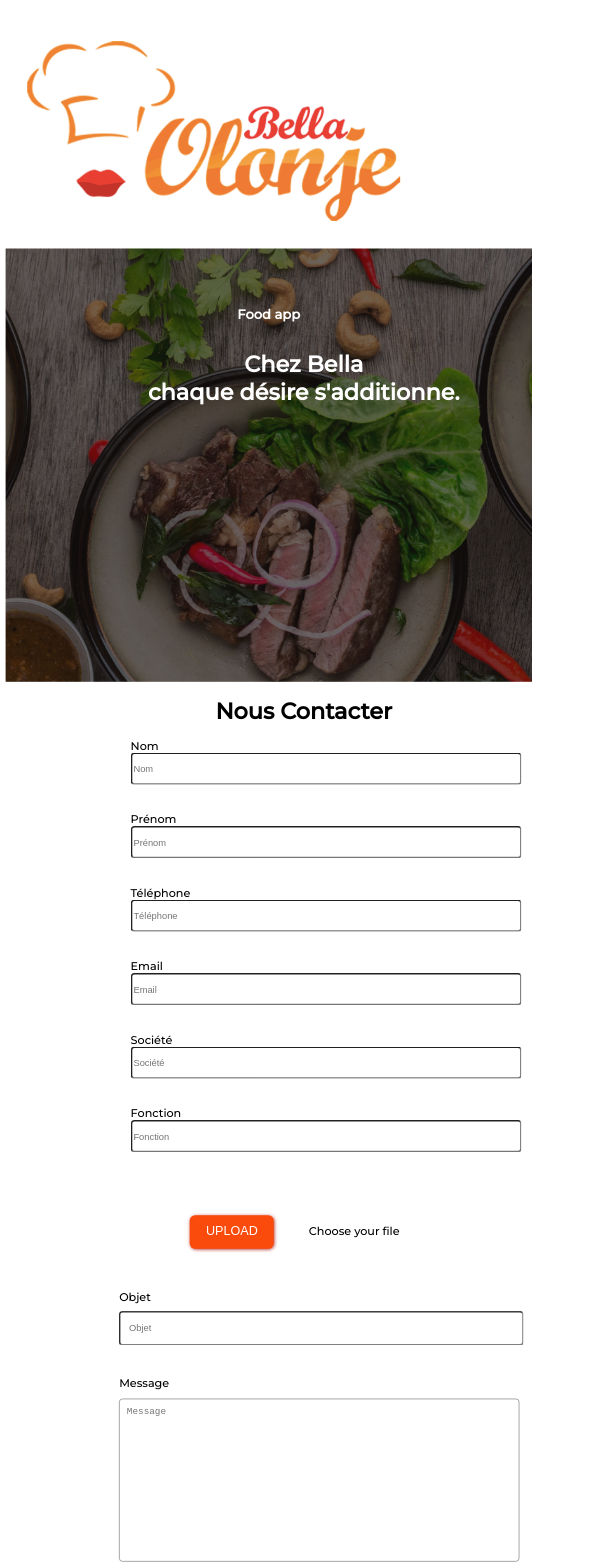
Repository: Ahlam-belhadj/bella-olange
Page: index3.html
These files come from the project's save history. The page is drawn as it stood at one moment and after the next save; the edit follows.
The browser window is 768 px wide. The page is 800 px wide, then 847 px, so the pictures cover 847 px, including what lies to the right of the window. The pictures show the part of the page from y = 0 to 2240 px (the page is 2758 px tall before and 3009 px after), at 70% of full size.

Above is the page before, as saved 2023-02-14 19:16:39.

After the next save:
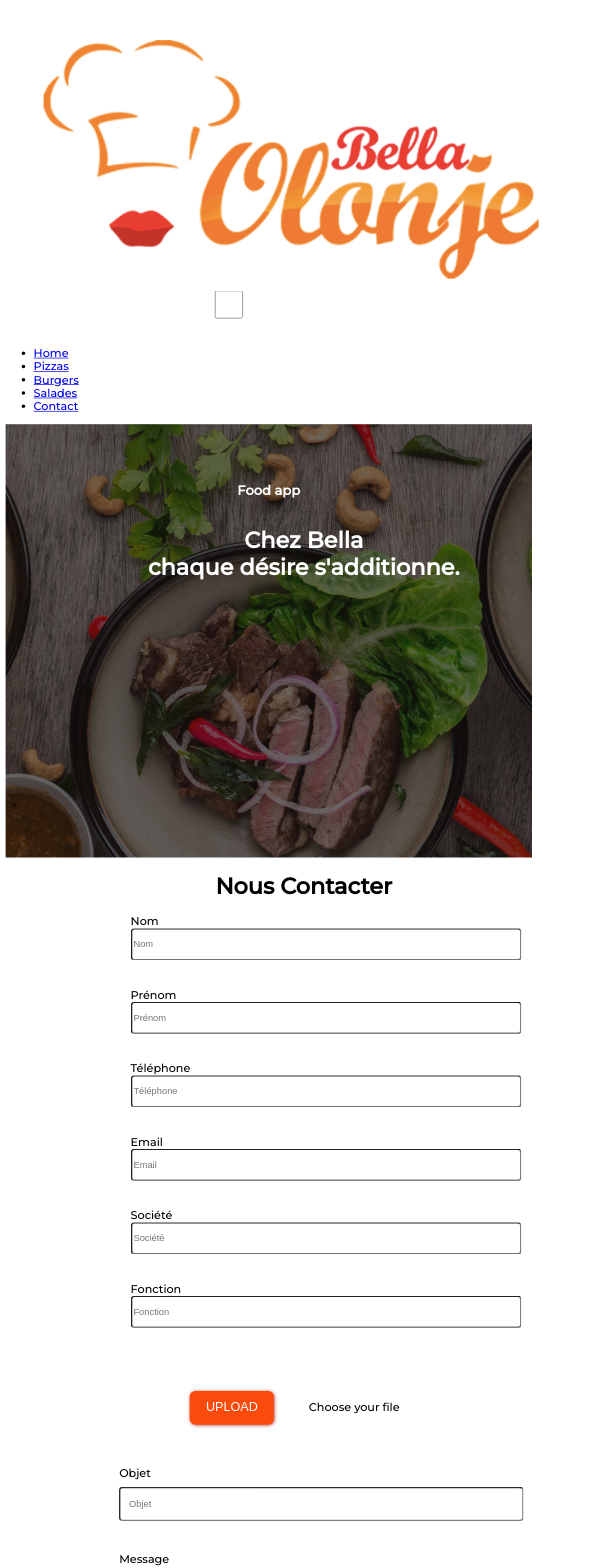
Saved 34 s later.
--- a/style3.css
+++ b/style3.css
@@ -7,129 +7,6 @@ main {
     overflow-x: hidden;
   }
 
-.logo img{
-    width: 80%;
-}
-  .nav-bar {
-      width: 100%;
-      display: flex;
-      justify-content: space-between;
-      align-items: center;
-      list-style: none;
-      position: relative;
-      background-color: #FFF;
-      padding: 12px 20px;
-  }
-
-  .menu {
-      display: flex;
-  }
-
-  .menu li {
-      padding-left: 30px;
-      padding-right: 55px;
-  }
-
-  .menu li a {
-      display: inline-block;
-      text-decoration: none;
-      color: #333;
-      text-align: center;
-      position: relative;
-  }
-
-  .menu li a:hover {
-      color: #FA4A0C;
-  }
-
-  .open-menu {
-      position: absolute;
-      color: #FA4A0C;
-      cursor: pointer;
-      font-size: 1.5rem;
-      display: none;
-  }
-
-  .close-menu {
-      position: absolute;
-      color: #333;
-      cursor: pointer;
-      font-size: 1.5rem;
-      display: none;
-      padding: 10px;
-  }
-
-  .open-menu {
-      top: 50%;
-      right: 20px;
-      transform: translateY(-50%);
-  }
-
-  .close-menu {
-      top: 20px;
-      right: 20px;
-  }
-
-  #check {
-      display: none;
-  }
-
-  @media(max-width: 920px) {
-      .menu {
-          flex-direction: column;
-          align-items: center;
-          width: 60%;
-          height: 100vh;
-          position: fixed;
-          top: 0;
-          right: -100%;
-          z-index: 100;
-          background-color: rgb(255, 88, 70);
-          transition: all 0.2s ease-in-out;
-          padding-top: 100px;
-      }
-
-      .menu li {
-          margin-top: 40px;
-      }
-
-      .menu li a {
-          padding: 10px;
-          color: #FFF;
-      }
-
-      .open-menu {
-          display: block;
-          padding-right: 25px;
-          padding-top: 13px;
-      }
-
-      .close-menu {
-          display: block;
-          color: #FFF;
-          padding-right: 25px;
-          padding-top: 22px;
-      }
-
-      #check:checked~.menu {
-          right: 0;
-      }
-
-      .menu li a:hover {
-          color: #333;
-      }
-
-      .nav-link {
-          font-family: Montserrat;
-          letter-spacing: .8px;
-      }
-  }
-
-
-/* .toto {
-    width: 50%;
-    border: #B73227 1px;
-} */
 
 
 
